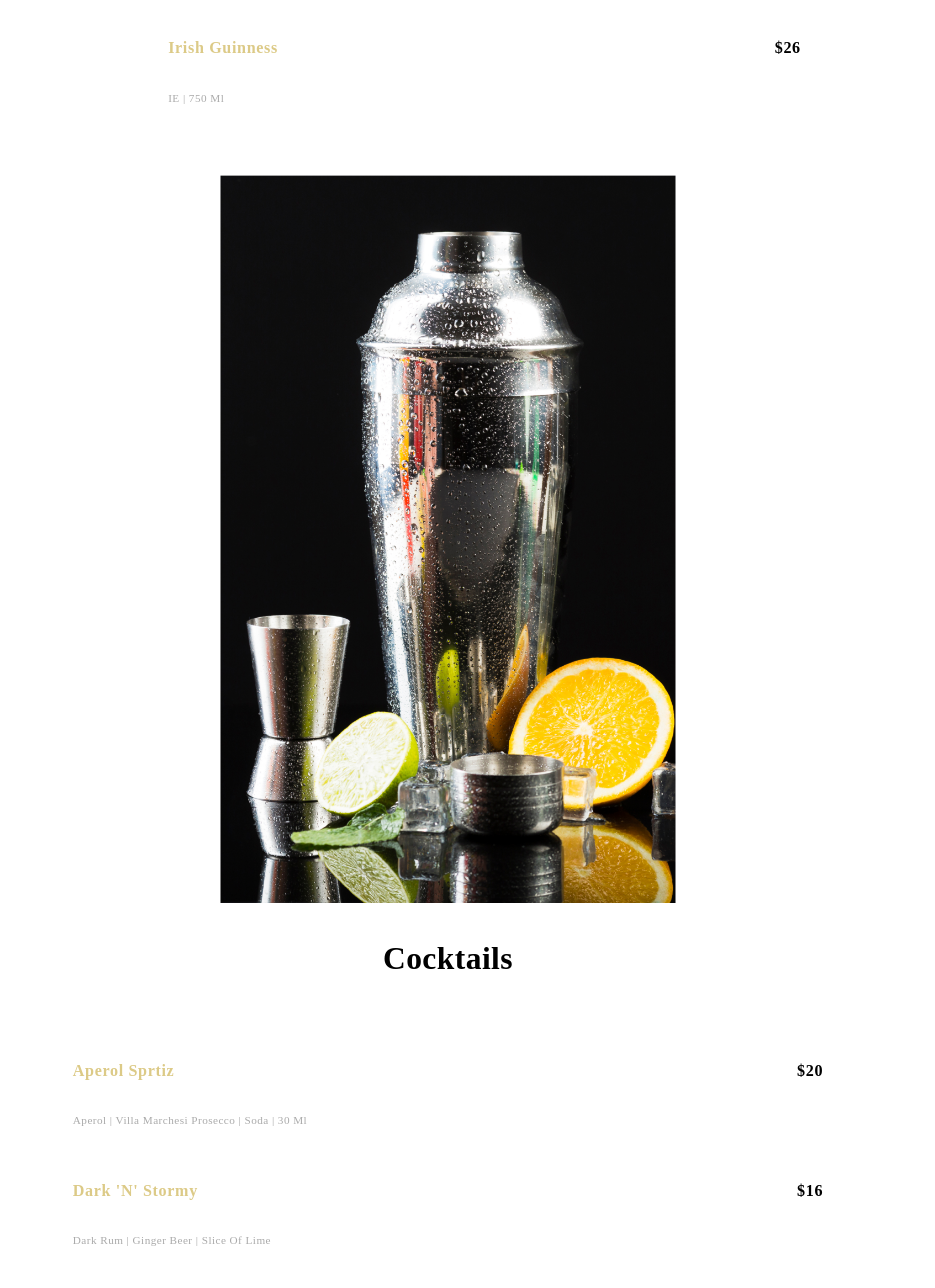
Repository: remydev47/restaurant
Page: /
The author's editor kept a copy of each file at every save. The page is drawn from the files as they stood at one save, then again after the next save.
The browser window is 1280 px wide. The page is 1336 px wide, so the pictures cover 1336 px, including what lies to the right of the window. The pictures show the part of the page from y = 3480 to 5320 px (the page is 6082 px tall before and 5961 px after), at 70% of full size.
Backgrounds fixed to the window are drawn as part of the page. The project was rebuilt for these pictures with package versions that can differ from the ones it lists, and the page was loaded fresh each time. Also part of the build but not shown: src/container/Chef/Chef.css, src/components/Footer/Newsletter.jsx, src/components/Footer/FooterOverlay.jsx. Imported but missing from the stored project, and not drawn on this page: src/assets/meal.mp4.

Above is the page before, as saved 2022-03-16 17:44:46.

After the next save:
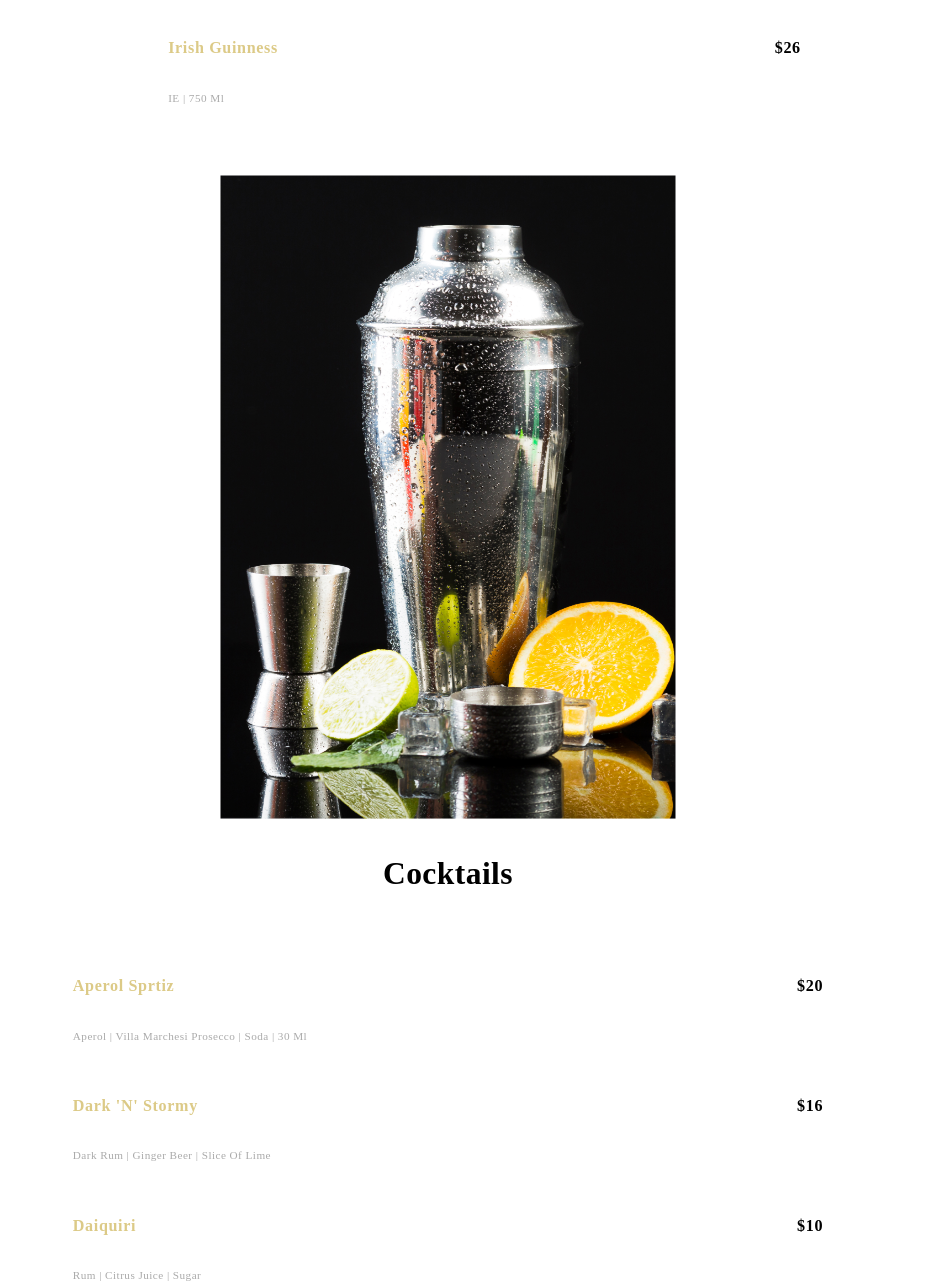
Saved 78 s later.
--- a/src/container/Menu/SpecialMenu.css
+++ b/src/container/Menu/SpecialMenu.css
@@ -56,6 +56,9 @@ flex-direction: column;
     .app__specialMenu-menu_img {
         width: 650px;
     }
+    .app__specialMenu-menu_img img{
+        height: 920px;
+    }
 }
 
 @media screen and (max-width: 1150px){
